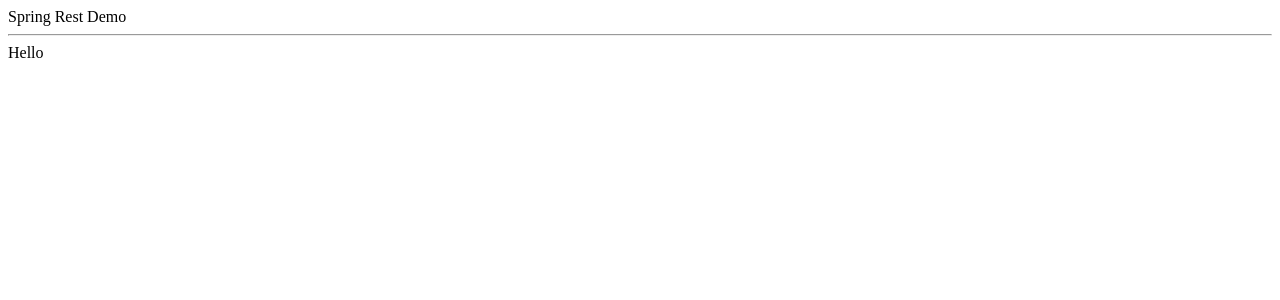
Repository: JT12s/Ecllipse-SpringPrcaticeProject
Page: http://localhost/spring-rest-demo/
An editor plug-in stored every save of this project. The page is shown before and after the next save, followed by the edit.
The browser window is 1280 px wide. The pictures show the whole page.
The page is served by Tomcat 9.

Above is the page before, as saved 2022-08-08 00:20:45.

### spring-rest-demo/src/main/webapp/index.jsp
<html>

<head>


</head>


<body>

Spring Rest Demo
<hr>


<a hreef="test/hello}">Hello</a>
</body>

</html>

After the next save:
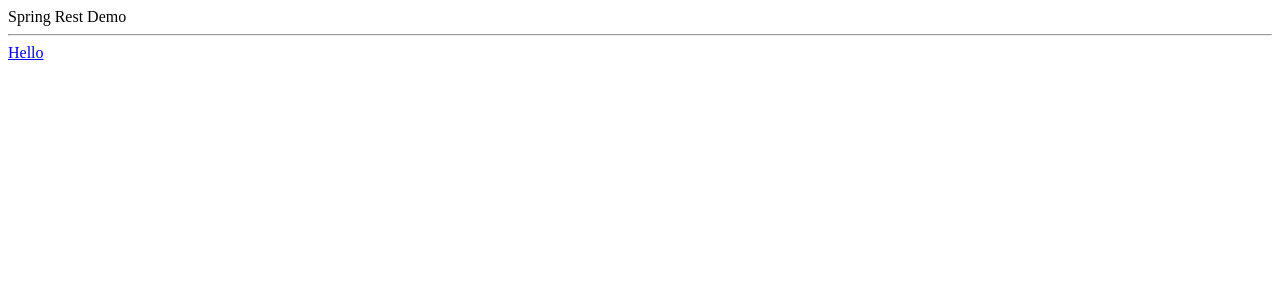
Saved 4 s later.
--- a/spring-rest-demo/src/main/webapp/index.jsp
+++ b/spring-rest-demo/src/main/webapp/index.jsp
@@ -12,7 +12,7 @@ Spring Rest Demo
 <hr>
 
 
-<a hreef="test/hello}">Hello</a>
+<a href="test/hello}">Hello</a>
 </body>
 
 </html>
